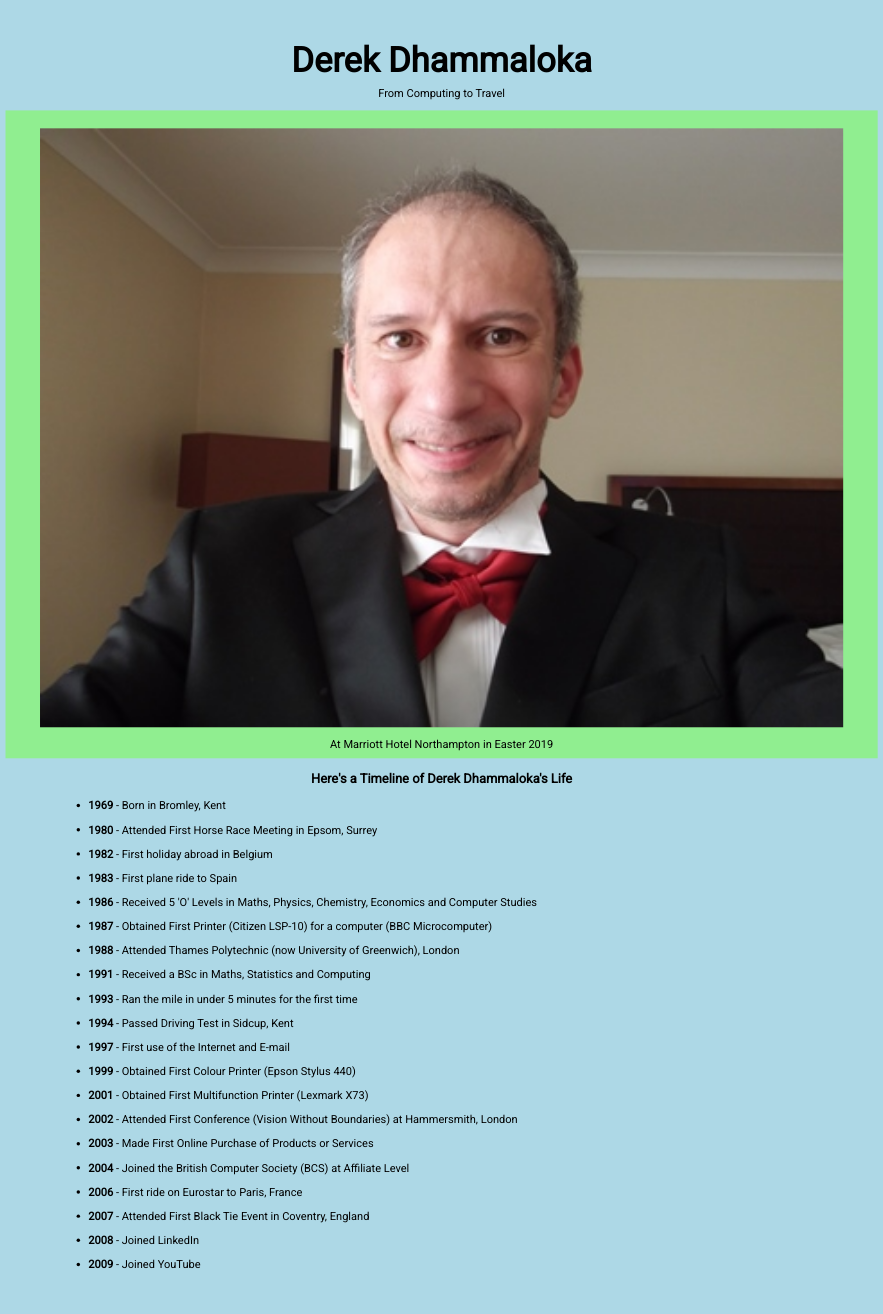
Repository: derektypist/tribute-page
Page: index.html
The author's editor kept a record of every edit. The page is drawn from the files as they stood at one moment, then again after the next edit.
The browser window is 1280 px wide. The pictures show the whole page, at 69% of full size.

Above is the page before.

### index.html
<!DOCTYPE html>
<html lang="en">

<head>
    <meta charset="UTF-8">
    <meta name="viewport" content="width=device-width, initial-scale=1.0">
    <meta http-equiv="X-UA-Compatible" content="ie=edge">
    <title>Derek Dhammaloka Tribute Page</title>
    <!-- Load Style Sheets -->
    <link href="https://fonts.googleapis.com/css?family=Roboto&display=swap" rel="stylesheet">
    <style>
        /* Main Styles */

        #main {
            font-family: "Roboto", Arial, Verdana, sans-serif;
            background-color: lightblue;
            text-align: center;
        }


        /* Title */

        #title {
            font-weight: 700;
            font-size: 50px;
            position: relative;
            top: 25px;
        }


        /* Images */

        #img-div {
            background-color: lightgreen;
            padding: 10px;
        }

        #image {
            width: 100%;
            display: block;
            height: auto;
        }

        #img-caption {
            position: relative;
            top: 15px;
        }

        /* Tribute Info */

        #tribute-info {
            text-align: left;
            margin-left: 80px;
        }
    </style>
</head>

<body id="main">
    <!-- Set Header Element -->
    <header>
        <h1 id="title">Derek Dhammaloka</h1>
        <p>From Computing to Travel</p>
    </header>

    <!-- Set Main Element -->
    <main>

        <!-- Display Image with its Caption -->
        <div id="img-div">

            <figure>
                <img src="derek.JPG" id="image" title="At Marriott Hotel Northampton in Easter 2019" alt="At Marriott Hotel Northampton in Easter 2019">
                <figcaption id="img-caption">At Marriott Hotel Northampton in Easter 2019</figcaption>
            </figure>
        </div>
        <section>
            <h3>Here's a Timeline of Derek Dhammaloka's Life</h3>
            <!-- Display Tribute Information -->
            <article id="tribute-info">
                <!-- Display Information for 1969 -->
                <ul>
                    <li><strong>1969 </strong>- Born in Bromley, Kent</li>
                </ul>

                <!-- Display Information for 1980 -->
                <ul>
                    <li><strong>1980 </strong>- Attended First Horse Race Meeting in Epsom, Surrey</li>
                </ul>

                <!-- Display Information for 1982 -->
                <ul>
                    <li><strong>1982 </strong>- First holiday abroad in Belgium</li>
                </ul>

                <!-- Display Information for 1983 -->
                <ul>
                     <li><strong>1983 </strong>- First plane ride to Spain</li>
                </ul>

                <!-- Display Information for 1986 -->
                <ul>
                    <li><strong>1986 </strong>- Received 5 'O' Levels in Maths, Physics, Chemistry, Economics and Computer Studies</li>
                </ul>

                <!-- Display Information for 1987 -->
                <ul>
                    <li><strong>1987 </strong>- Obtained First Printer (Citizen LSP-10) for a computer (BBC Microcomputer)</li>
                </ul>

                <!-- Display Information for 1988 -->
                <ul>
                    <li><strong>1988 </strong>- Attended Thames Polytechnic (now University of Greenwich), London</li>
                </ul>

                <!-- Display Information for 1991 -->
                <ul>
                   <li><strong>1991 </strong>- Received a BSc in Maths, Statistics and Computing</li>
                </ul>

                <!-- Display Information for 1993 -->
                <ul>
                    <li><strong>1993 </strong>- Ran the mile in under 5 minutes for the first time</li>
                </ul>

                <!-- Display Information for 1994 -->
                <ul>
                    <li><strong>1994 </strong>- Passed Driving Test in Sidcup, Kent</li>
                </ul>

                <!-- Display Information for 1997 -->
                <ul>
                    <li><strong>1997 </strong>- First use of the Internet and E-mail</li>
                </ul>

                <!-- Display Information for 1999 -->
                <ul>
                    <li><strong>1999 </strong>- Obtained First Colour Printer (Epson Stylus 440)</li>
                </ul>

                <!-- Display Information for 2001 -->
                <ul>
                    <li><strong>2001 </strong>- Obtained First Multifunction Printer (Lexmark X73)</li>
                </ul>

                <!-- Display Information for 2002 -->
                <ul>
                    <li><strong>2002 </strong>- Attended First Conference (Vision Without Boundaries) at Hammersmith, London</li>
                </ul>

                <!-- Display Information for 2003 -->
                <ul>
                    <li><strong>2003 </strong>- Made First Online Purchase of Products or Services</li>
                </ul>

                <!-- Display Information for 2004 -->
                <ul>
                    <li><strong>2004 </strong>- Joined the British Computer Society (BCS) at Affiliate Level</li>
                </ul>

                <!-- Display Information for 2006 -->
                <ul>
                    <li><strong>2006 </strong>- First ride on Eurostar to Paris, France</li>
                </ul>

                <!-- Display Information for 2007 -->
                <ul>
                    <li><strong>2007 </strong>- Attended First Black Tie Event in Coventry, England</li>
                </ul>

                <!-- Display Information for 2008 -->
                <ul>
                    <li><strong>2008 </strong>- Joined LinkedIn</li>
                </ul>

                <!-- Display Information for 2009 -->
                <ul>
                    <li><strong>2009 </strong>- Joined YouTube</li>
                </ul>
                <br>

                <br>
            </article>
        </section>
    </main>
</body>

</html>

After the next edit:
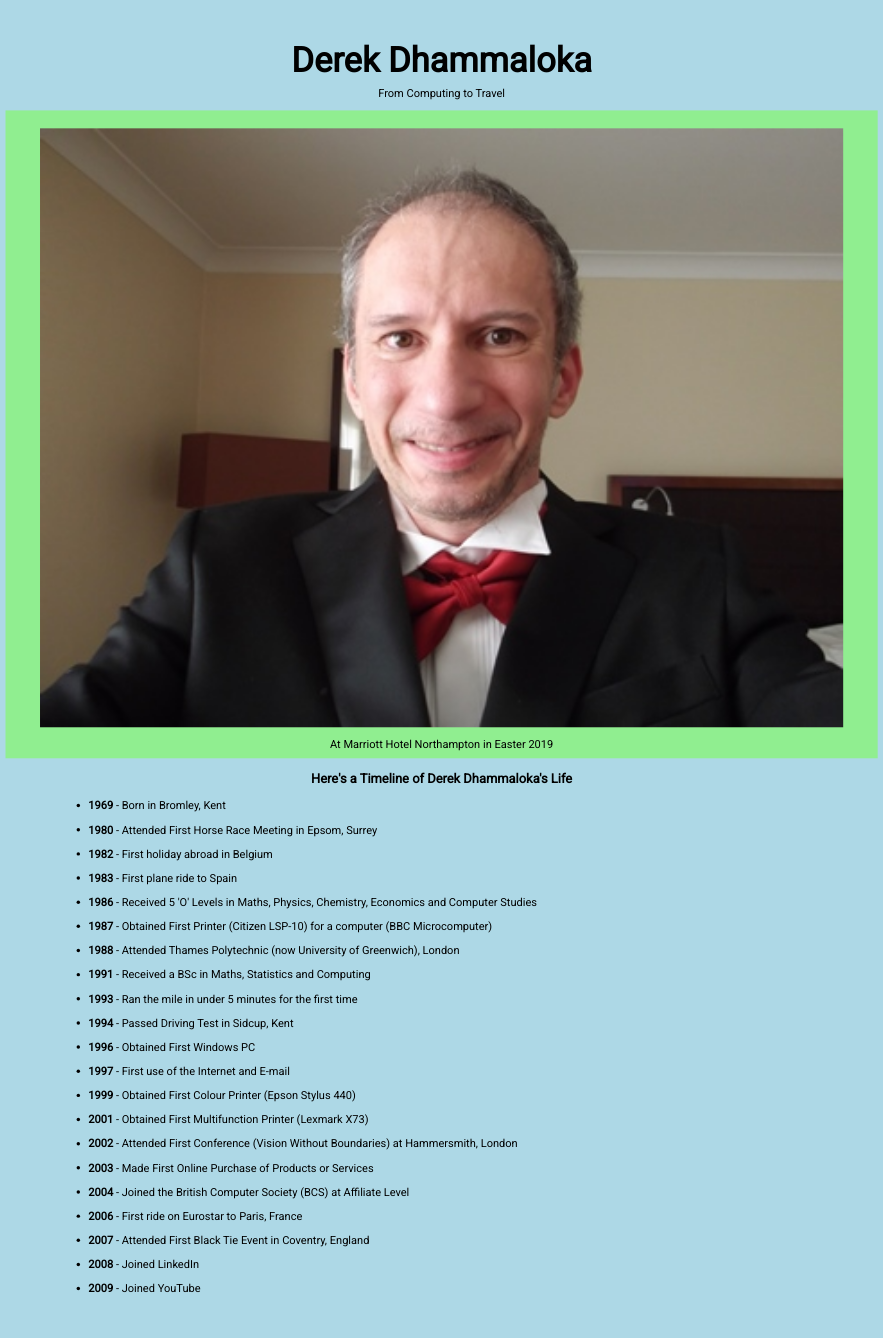
The edit:
--- a/index.html
+++ b/index.html
@@ -127,6 +127,12 @@
                     <li><strong>1994 </strong>- Passed Driving Test in Sidcup, Kent</li>
                 </ul>
 
+                <!-- Display Information for 1996 -->
+                <ul>
+                    <li><strong>1996 </strong>- Obtained First Windows PC</li>
+                </ul>
+
+
                 <!-- Display Information for 1997 -->
                 <ul>
                     <li><strong>1997 </strong>- First use of the Internet and E-mail</li>
